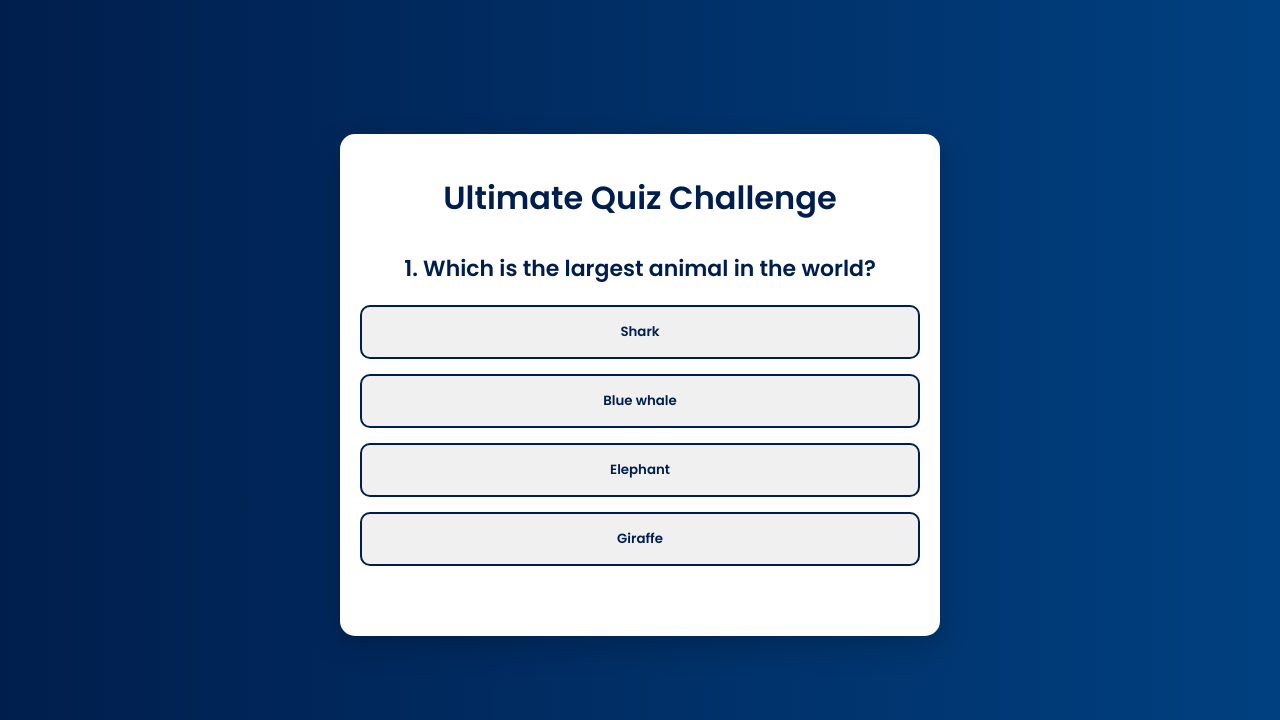
Repository: navyak2398/Quizapp
Page: index.html
The author's editor kept a copy of each file at every save. The page is drawn from the files as they stood at one save, then again after the next save.
The browser window is 1280 px wide. The pictures show the whole page.

Above is the page before, as saved 2024-10-10 19:43:16.

After the next save:
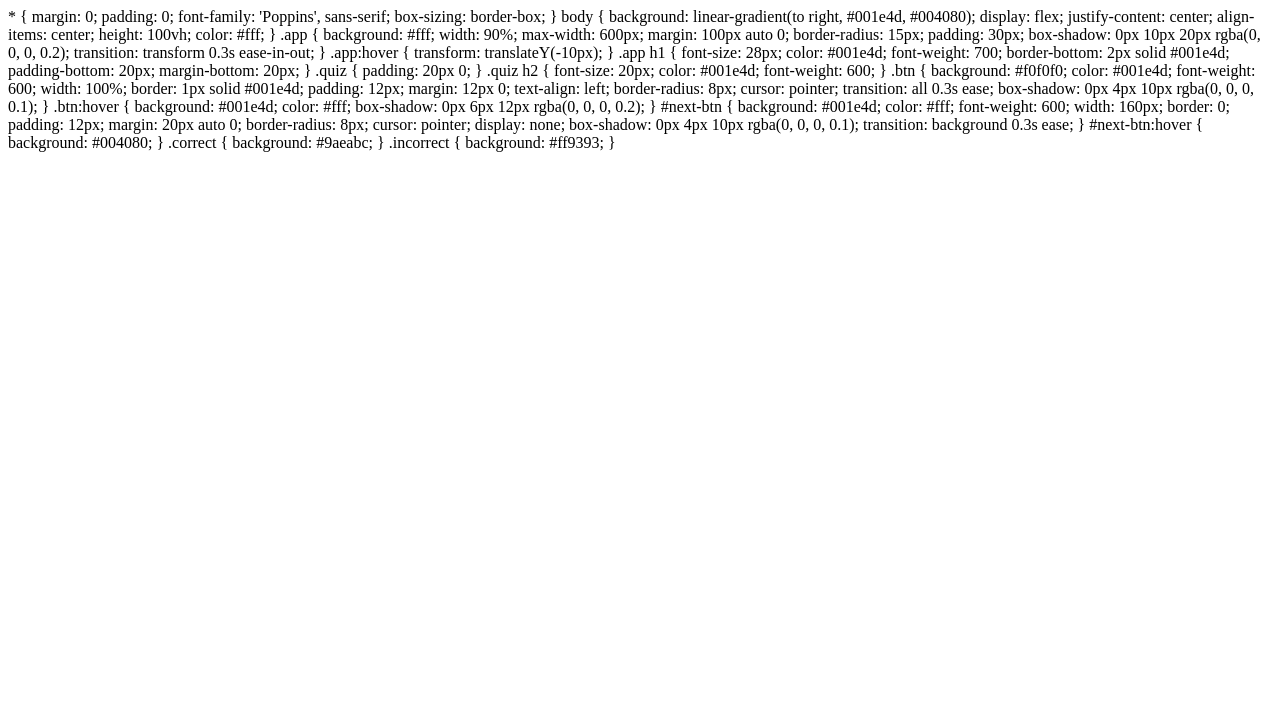
Saved 43 min 6 s later.
--- a/index.html
+++ b/index.html
@@ -1,24 +1,97 @@
-<!DOCTYPE html>
-<html lang="en">
+* {
+margin: 0;
+padding: 0;
+font-family: 'Poppins', sans-serif;
+box-sizing: border-box;
+}
 
-<head>
-    <meta charset="UTF-8">
-    <meta name="viewport" content="width=device-width, initial-scale=1.0">
-    <title>Quiz App</title>
-    <link href="https://fonts.googleapis.com/css2?family=Poppins:wght@400;600&display=swap" rel="stylesheet">
-    <link rel="stylesheet" href="style.css">
-</head>
+body {
+background: linear-gradient(to right, #001e4d, #004080);
+display: flex;
+justify-content: center;
+align-items: center;
+height: 100vh;
+color: #fff;
+}
 
-<body>
-    <div class="app">
-        <h1 class="quiz-title">Ultimate Quiz Challenge</h1>
-        <div class="quiz">
-            <h2 id="question">Question goes here</h2>
-            <div id="answer-buttons" class="btn-group"></div>
-            <button id="next-btn" class="next-button">Next</button>
-        </div>
-    </div>
-    <script src="script.js"></script>
-</body>
+.app {
+background: #fff;
+width: 90%;
+max-width: 600px;
+margin: 100px auto 0;
+border-radius: 15px;
+padding: 30px;
+box-shadow: 0px 10px 20px rgba(0, 0, 0, 0.2);
+transition: transform 0.3s ease-in-out;
+}
 
-</html>
+.app:hover {
+transform: translateY(-10px);
+}
+
+.app h1 {
+font-size: 28px;
+color: #001e4d;
+font-weight: 700;
+border-bottom: 2px solid #001e4d;
+padding-bottom: 20px;
+margin-bottom: 20px;
+}
+
+.quiz {
+padding: 20px 0;
+}
+
+.quiz h2 {
+font-size: 20px;
+color: #001e4d;
+font-weight: 600;
+}
+
+.btn {
+background: #f0f0f0;
+color: #001e4d;
+font-weight: 600;
+width: 100%;
+border: 1px solid #001e4d;
+padding: 12px;
+margin: 12px 0;
+text-align: left;
+border-radius: 8px;
+cursor: pointer;
+transition: all 0.3s ease;
+box-shadow: 0px 4px 10px rgba(0, 0, 0, 0.1);
+}
+
+.btn:hover {
+background: #001e4d;
+color: #fff;
+box-shadow: 0px 6px 12px rgba(0, 0, 0, 0.2);
+}
+
+#next-btn {
+background: #001e4d;
+color: #fff;
+font-weight: 600;
+width: 160px;
+border: 0;
+padding: 12px;
+margin: 20px auto 0;
+border-radius: 8px;
+cursor: pointer;
+display: none;
+box-shadow: 0px 4px 10px rgba(0, 0, 0, 0.1);
+transition: background 0.3s ease;
+}
+
+#next-btn:hover {
+background: #004080;
+}
+
+.correct {
+background: #9aeabc;
+}
+
+.incorrect {
+background: #ff9393;
+}

After the save that followed:
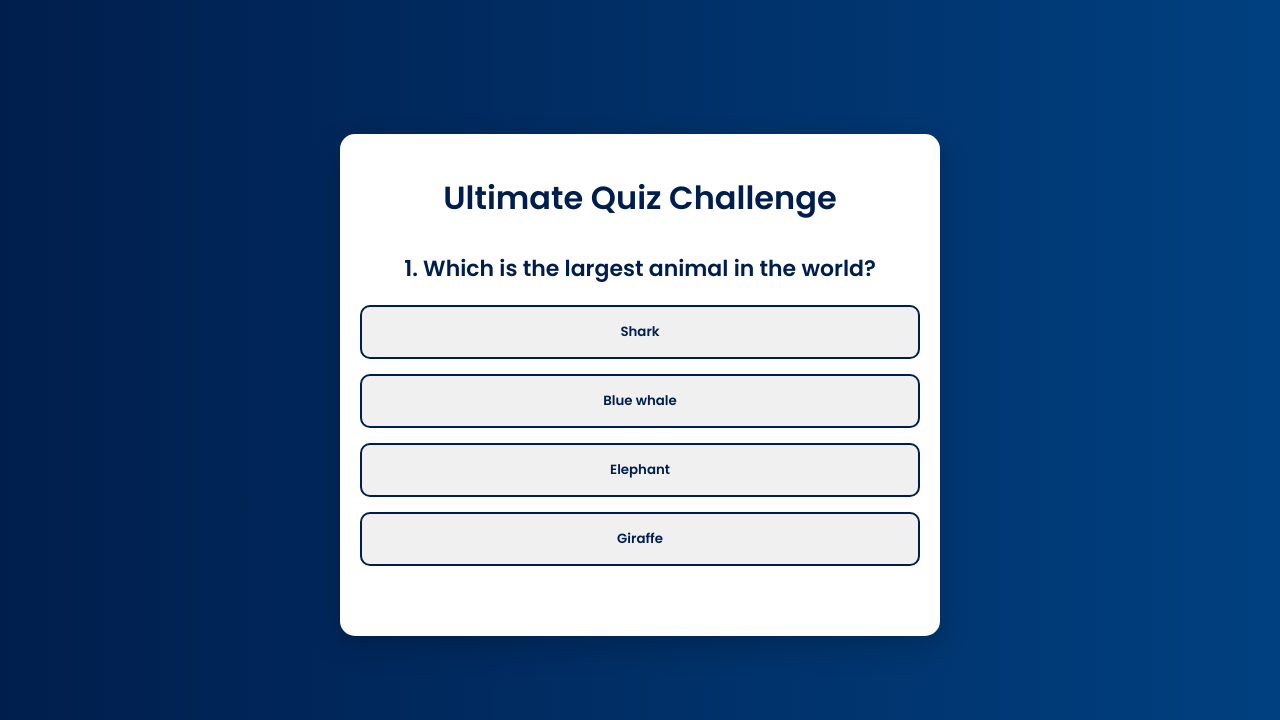
Saved 2 min 0 s later.
--- a/index.html
+++ b/index.html
@@ -1,97 +1,24 @@
-* {
-margin: 0;
-padding: 0;
-font-family: 'Poppins', sans-serif;
-box-sizing: border-box;
-}
+<!DOCTYPE html>
+<html lang="en">
 
-body {
-background: linear-gradient(to right, #001e4d, #004080);
-display: flex;
-justify-content: center;
-align-items: center;
-height: 100vh;
-color: #fff;
-}
+<head>
+    <meta charset="UTF-8">
+    <meta name="viewport" content="width=device-width, initial-scale=1.0">
+    <title>Quiz App</title>
+    <link href="https://fonts.googleapis.com/css2?family=Poppins:wght@400;600&display=swap" rel="stylesheet">
+    <link rel="stylesheet" href="style.css">
+</head>
 
-.app {
-background: #fff;
-width: 90%;
-max-width: 600px;
-margin: 100px auto 0;
-border-radius: 15px;
-padding: 30px;
-box-shadow: 0px 10px 20px rgba(0, 0, 0, 0.2);
-transition: transform 0.3s ease-in-out;
-}
+<body>
+    <div class="app">
+        <h1 class="quiz-title">Ultimate Quiz Challenge</h1>
+        <div class="quiz">
+            <h2 id="question">Question goes here</h2>
+            <div id="answer-buttons" class="btn-group"></div>
+            <button id="next-btn" class="next-button">Next</button>
+        </div>
+    </div>
+    <script src="script.js"></script>
+</body>
 
-.app:hover {
-transform: translateY(-10px);
-}
-
-.app h1 {
-font-size: 28px;
-color: #001e4d;
-font-weight: 700;
-border-bottom: 2px solid #001e4d;
-padding-bottom: 20px;
-margin-bottom: 20px;
-}
-
-.quiz {
-padding: 20px 0;
-}
-
-.quiz h2 {
-font-size: 20px;
-color: #001e4d;
-font-weight: 600;
-}
-
-.btn {
-background: #f0f0f0;
-color: #001e4d;
-font-weight: 600;
-width: 100%;
-border: 1px solid #001e4d;
-padding: 12px;
-margin: 12px 0;
-text-align: left;
-border-radius: 8px;
-cursor: pointer;
-transition: all 0.3s ease;
-box-shadow: 0px 4px 10px rgba(0, 0, 0, 0.1);
-}
-
-.btn:hover {
-background: #001e4d;
-color: #fff;
-box-shadow: 0px 6px 12px rgba(0, 0, 0, 0.2);
-}
-
-#next-btn {
-background: #001e4d;
-color: #fff;
-font-weight: 600;
-width: 160px;
-border: 0;
-padding: 12px;
-margin: 20px auto 0;
-border-radius: 8px;
-cursor: pointer;
-display: none;
-box-shadow: 0px 4px 10px rgba(0, 0, 0, 0.1);
-transition: background 0.3s ease;
-}
-
-#next-btn:hover {
-background: #004080;
-}
-
-.correct {
-background: #9aeabc;
-}
-
-.incorrect {
-background: #ff9393;
-}
+</html>
